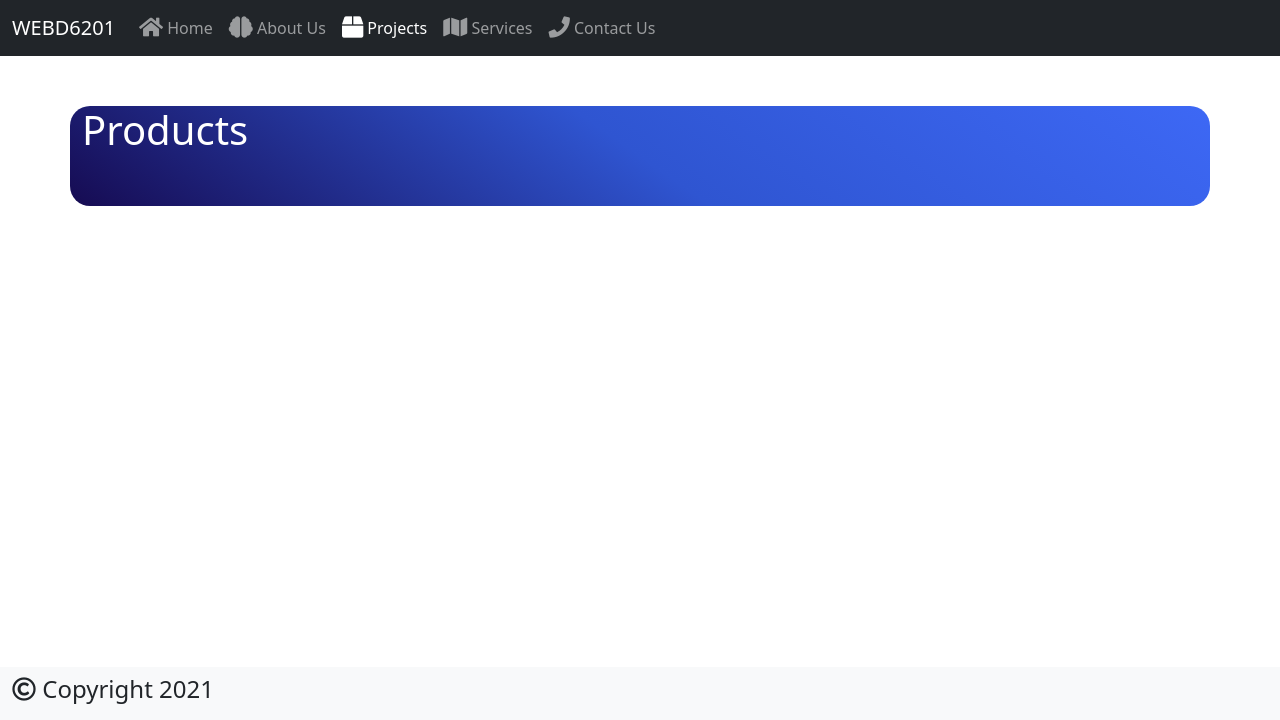
Repository: AshokSasi/WEBD6201-ASasi-JYuan-Lab2
Page: projects.html
An editor plug-in stored every save of this project. The page is shown before and after the next save, followed by the edit.
The browser window is 1280 px wide. The pictures show the whole page.

Above is the page before, as saved 2021-01-28 20:29:49.

### projects.html
<!DOCTYPE html>
<html lang="en">
<head>
    <meta charset="UTF-8">
    <meta name="viewport" content="width=device-width, initial-scale=1.0">
    <title>Products</title>
    <!-- CSS Section-->
    <link rel="stylesheet" href="./Content/app.css">
    <link rel="stylesheet" href="./node_modules/bootstrap/dist/css/bootstrap.min.css">
    <link rel="stylesheet" href="./node_modules/@fortawesome/fontawesome-free/css/all.min.css">
</head>
<body>
  <!-- Main Header -->
    <header>
      <!--main navbar-->
        <nav class="navbar navbar-expand-lg navbar-dark bg-dark">
            <div class="container-fluid">
              <a class="navbar-brand" href="index.html">WEBD6201</a>
              <button class="navbar-toggler" type="button" data-bs-toggle="collapse" data-bs-target="#navbarSupportedContent" aria-controls="navbarSupportedContent" aria-expanded="false" aria-label="Toggle navigation">
                <span class="navbar-toggler-icon"></span>
              </button>
              <div class="collapse navbar-collapse" id="navbarSupportedContent">
                <ul class="navbar-nav me-auto mb-2 mb-lg-0">
                  <li class="nav-item">
                    <a class="nav-link" aria-current="page" href="index.html"><i class="fas fa-home fa-lg"></i> Home</a>
                  </li>
                  <li class="nav-item">
                    <a class="nav-link" aria-current="page" href="about.html"><i class="fas fa-brain fa-lg"></i> About Us</a>
                  </li>
                  <li class="nav-item">
                    <a class="nav-link active" aria-current="page" href="projects.html"><i class="fas fa-box fa-lg"></i> Projects</a>
                  </li>
                  <li class="nav-item">
                    <a class="nav-link" aria-current="page" href="services.html"><i class="fas fa-map fa-lg"></i> Services</a>
                  </li>
                  <li class="nav-item">
                    <a class="nav-link" aria-current="page" href="contact.html"><i class="fas fa-phone fa-lg"></i> Contact Us</a>
                  </li>
                </ul>

              </div>
            </div>
          </nav>
    </header>

    <!-- Main Content-->
    <main class="container">
        <h1>Products</h1>


    </main>

    <!--Main Footer Nav -->
    <footer>
        <nav class="navbar fixed-bottom navbar-light bg-light">
            <div class="container-fluid">
              <h4><i class="far fa-copyright"></i> Copyright 2021</h4>
            </div>
          </nav>
    </footer>

    <!--Javascript section-->
    <script src="./Scripts/app.js"></script>
    <script src="./node_modules/jquery/dist/jquery.min.js"></script>
    <script src="./node_modules/bootstrap/dist/js/bootstrap.bundle.min.js"></script>
</body>
</html>

### Content/app.css
body.bg-image{
    background-image : url('../img/bg-img.png');
    background-repeat: no-repeat;
    background-attachment: fixed;
    background-size: 100% 100%;

}

.container{
    color: white;
    border-radius: 20px;
    width: 70%;
    height: 100px;
    margin: 50px auto;
    background: linear-gradient(35deg,#160b52,#2f55d1,#3d68f5)
  /*  background: linear-gradient(35deg,#160b52,#2f51be)*/
}
h4.footerContent{
    color:white;
}

### Scripts/app.js
/* custom JavaScript goes here */

//IIFE - Immediately Invoked Function Expression
//AKA - Anonymous Self-Executing Function
//Closure - limits scope leak


"use strict";

(function()
{
function displayHome()
{

      // let paragraphOneText = "This is a simple site to demonstrate DOM Manipulation for ICE 1";

        //Different ways to select a paragraph element "paragraph one"
      //  let paragraphOneElement = document.getElementById("paragraphOne");

       // paragraphOneElement.textContent = paragraphOneText;
       // paragraphOneElement.className = "fs-5";

        // step 1. Create an element
     //   let newParagraph = document.createElement("p");
        //step 2. configure element
      //  newParagraph.setAttribute("id", "paragraphTwo");
       // newParagraph.textContent = "...And this is paragraph two";
       // //Step 3. select the parent element
      //  let mainContent = document.getElementsByTagName("main")[0];
        //step 4. Add/insert the element
      //  mainContent.appendChild(newParagraph);

        newParagraph.className = "fs-6";

        //////another way to add an element ///////
        //let paragraphThree =`<p class="fs-7 fw-bold">And this is the Third Paragraph</p>`;
        //mainContent.innerHTML = paragraphThree;

      //  let paragraphDiv = document.createElement("div");
       // let paragraphThree = `<p id="paragraphThree" class="fs-7 fw-bold">And this is the third paragraph</p>`
       // paragraphDiv.innerHTML = paragraphThree;

        //insertion before a node
        //newParagraph.before(paragraphDiv);
      //  newParagraph.after(paragraphDiv);

        //deletions
        //paragraphOneElement.remove();
      //  mainContent.removeChild(paragraphOneElement);

        //Update / modification of an element
        //mainContent.firstElementChild.textContent = "Welcome Home!";

      //  mainContent.innerHTML =
      //  `<h1 id="firstHeading">Welcome to WEBD6201 - Lab 1</h1>
      //  <p id="paragraphOne" class="fs-3 fw-bold">This is my first paragraph</p>`

}
function displayAbout()
{

}
function displayProjects()
{

}
function displayServices()
{

}

function displayContact()
{
    let messageArea = document.getElementById("messageArea");
    messageArea.hidden = true;
    //form validation
    let fullName = document.getElementById("fullName");
        fullName.addEventListener("blur", function()
        {
            if(fullName.value.length < 2)
            {
                fullName.focus();
                fullName.select();
                messageArea.hidden = false;
                messageArea.textContent = "Please enter an appropriate Name";
            }
            else
            {
                messageArea.removeAttribute("class");
                messageArea.hidden = true;
            }
        });


    let sendButton = document.getElementById("sendButton");
    sendButton.addEventListener("click", function(event)
    {
        //event.preventDefault();
        let contact = new Contact(fullName.value, contactNumber.value, emailAddress.value);

        if(contact.serialize())
        {
            localStorage.setItem((localStorage.length + 1).toString(), contact.serialize());
        }

    });
}


    function Start()
    {
        console.log("App Started...");

        switch(document.title)
        {
            case "Home":
                displayHome();
                break;
            case "About":
                displayAbout();
                break;
            case "Projects":
                displayProjects();
                break;
            case "Services":
                displayServices();
                break;
            case "Contact":
                displayContact();
                break;

        }

    }



    window.addEventListener("load", Start);

})();

Loaded but not shown: node_modules/bootstrap/dist/css/bootstrap.min.css (library); node_modules/@fortawesome/fontawesome-free/css/all.min.css (library); node_modules/jquery/dist/jquery.min.js (library); node_modules/bootstrap/dist/js/bootstrap.bundle.min.js (library)

After the next save:
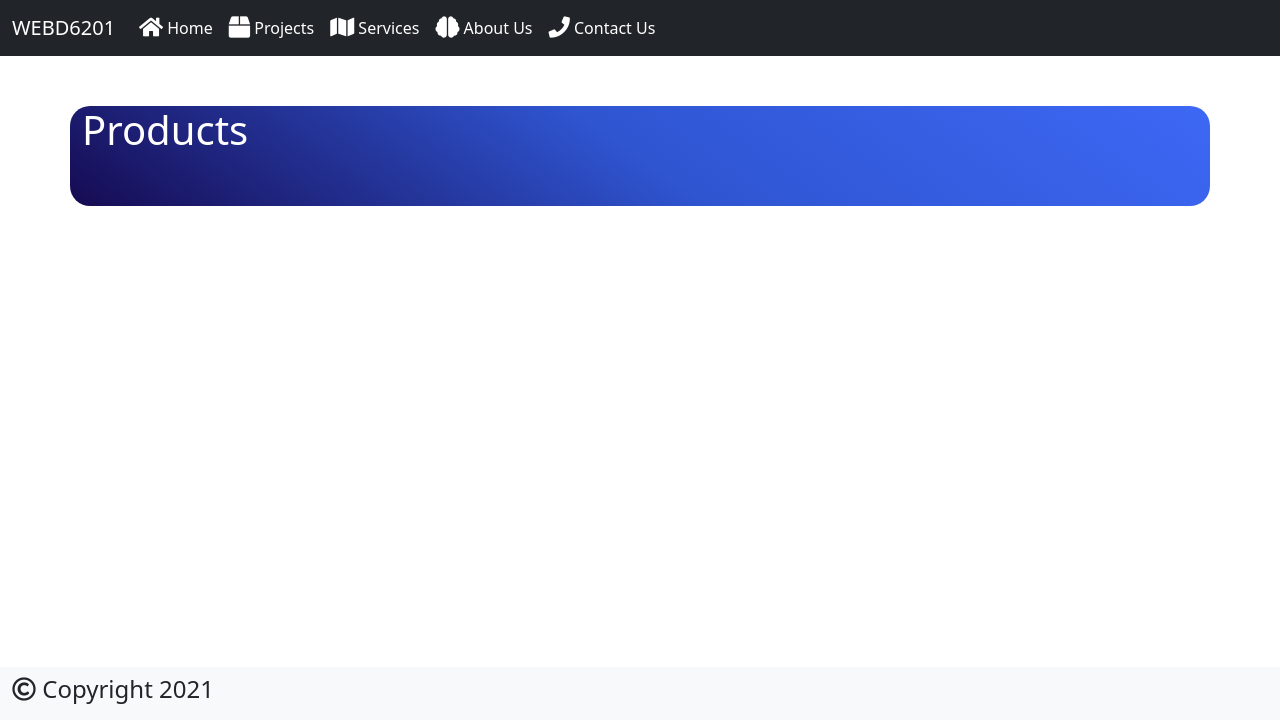
Saved 33 s later.
--- a/projects.html
+++ b/projects.html
@@ -10,38 +10,38 @@
     <link rel="stylesheet" href="./node_modules/@fortawesome/fontawesome-free/css/all.min.css">
 </head>
 <body>
-  <!-- Main Header -->
-    <header>
-      <!--main navbar-->
-        <nav class="navbar navbar-expand-lg navbar-dark bg-dark">
-            <div class="container-fluid">
-              <a class="navbar-brand" href="index.html">WEBD6201</a>
-              <button class="navbar-toggler" type="button" data-bs-toggle="collapse" data-bs-target="#navbarSupportedContent" aria-controls="navbarSupportedContent" aria-expanded="false" aria-label="Toggle navigation">
-                <span class="navbar-toggler-icon"></span>
-              </button>
-              <div class="collapse navbar-collapse" id="navbarSupportedContent">
-                <ul class="navbar-nav me-auto mb-2 mb-lg-0">
-                  <li class="nav-item">
-                    <a class="nav-link" aria-current="page" href="index.html"><i class="fas fa-home fa-lg"></i> Home</a>
-                  </li>
-                  <li class="nav-item">
-                    <a class="nav-link" aria-current="page" href="about.html"><i class="fas fa-brain fa-lg"></i> About Us</a>
-                  </li>
-                  <li class="nav-item">
-                    <a class="nav-link active" aria-current="page" href="projects.html"><i class="fas fa-box fa-lg"></i> Projects</a>
-                  </li>
-                  <li class="nav-item">
-                    <a class="nav-link" aria-current="page" href="services.html"><i class="fas fa-map fa-lg"></i> Services</a>
-                  </li>
-                  <li class="nav-item">
-                    <a class="nav-link" aria-current="page" href="contact.html"><i class="fas fa-phone fa-lg"></i> Contact Us</a>
-                  </li>
-                </ul>
+   <!-- Main Header -->
+   <header>
+    <!--main navbar-->
+      <nav class="navbar navbar-expand-lg navbar-dark bg-dark">
+          <div class="container-fluid">
+            <a class="navbar-brand" href="index.html">WEBD6201</a>
+            <button class="navbar-toggler" type="button" data-bs-toggle="collapse" data-bs-target="#navbarSupportedContent" aria-controls="navbarSupportedContent" aria-expanded="false" aria-label="Toggle navigation">
+              <span class="navbar-toggler-icon"></span>
+            </button>
+            <div class="collapse navbar-collapse" id="navbarSupportedContent">
+              <ul class="navbar-nav me-auto mb-2 mb-lg-0">
+                <li class="nav-item">
+                  <a class="nav-link active" aria-current="page" href="index.html"><i class="fas fa-home fa-lg"></i> Home</a>
+                </li>
+                <li class="nav-item">
+                  <a class="nav-link active" aria-current="page" href="projects.html"><i class="fas fa-box fa-lg"></i> Projects</a>
+                </li>
+                <li class="nav-item">
+                  <a class="nav-link active" aria-current="page" href="services.html"><i class="fas fa-map fa-lg"></i> Services</a>
+                </li>
+                <li class="nav-item">
+                  <a class="nav-link active" aria-current="page" href="about.html"><i class="fas fa-brain fa-lg"></i> About Us</a>
+                </li>
+                <li class="nav-item">
+                  <a class="nav-link active" aria-current="page" href="contact.html"><i class="fas fa-phone fa-lg"></i> Contact Us</a>
+                </li>
+              </ul>
 
-              </div>
             </div>
-          </nav>
-    </header>
+          </div>
+        </nav>
+  </header>
 
     <!-- Main Content-->
     <main class="container">
